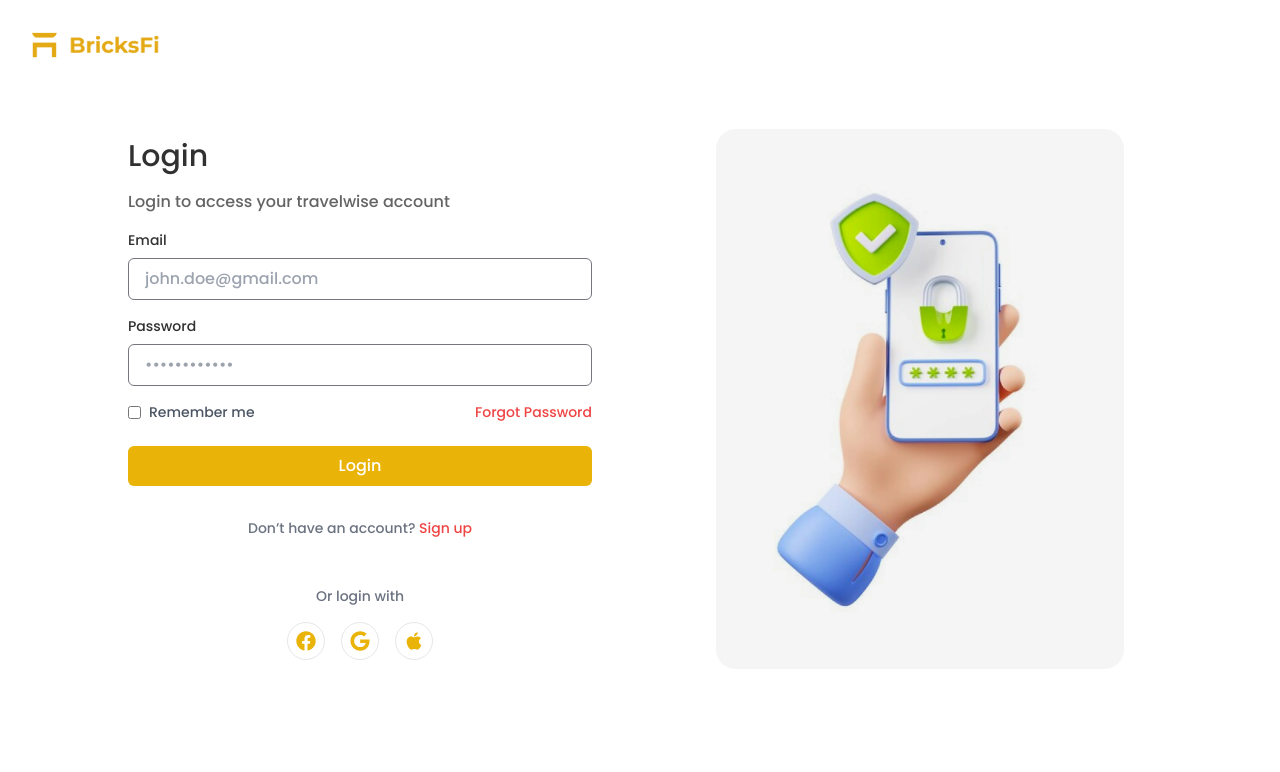
Repository: AyomideAkintade/BricksFi-Frontend
Page: /login (app in client/)
The author's editor kept a copy of each file at every save. The page is drawn from the files as they stood at one save, then again after the next save.
The browser window is 1280 px wide. The pictures show the whole page.
The project was rebuilt for these pictures with package versions that can differ from the ones it lists, and the page was loaded fresh each time. Also part of the build but not shown: client/src/components/navbar.jsx, client/src/components/home.jsx, client/src/components/homeSecond.jsx, client/src/components/homeThird.jsx, client/src/components/homeFifth.jsx, client/src/components/homeSixth.jsx, client/src/components/homeSeventh.jsx, client/src/components/signup.jsx and 14 more.

Above is the page before, as saved 2024-10-04 22:01:58.

### client/src/index.css
@import "tailwindcss/base";
@import "tailwindcss/components";
@import "tailwindcss/utilities";


@font-face {
  font-family: Poppins;
  src: url(/src/assets/fonts/Poppins-Regular.ttf) format("truetype");
  src: url(/src/assets/fonts/Poppins-Bold.ttf) format("truetype");
  src: url(/src/assets/fonts/Poppins-Medium.ttf) format("truetype");

}

### client/src/App.js
import { BrowserRouter as Router, Route, Routes } from "react-router-dom";
import Home from "./pages/homePage";
import HomeFourth from "./components/login.jsx";
import HomeEight from "./components/signup.jsx";
import ForgotPasswordPage from "./components/forgotPassword.jsx";
import DashboardLayout from "./pages/dashboardLayout";
import DashboardPage from "./pages/dashboard.jsx";
import PieAnalytics from "./components/analytics.jsx";
import Discover from "./components/discover.jsx";
import SavedPropertyPage from "./components/savedProperties.jsx";
// import DiscoverPage from "./pages/discover.jsx";
// import SavedPropertyPage from "./pages/savedProperty.jsx";

function App() {
  return (
    <Router>
      <Routes>
        {/* Public Routes */}
        <Route path="/" element={<Home />} />
        <Route path="/login" element={<HomeFourth />} />
        <Route path="/signup" element={<HomeEight />} />
        <Route path="/forgot-password" element={<ForgotPasswordPage />} />

        {/* Dashboard Routes with Sidebar and Header */}
        <Route path="/dashboard" element={<DashboardLayout />}>
          <Route index element={<DashboardPage />} />
          <Route path="discover" element={<Discover/>} />
          <Route path="saved-property" element={<SavedPropertyPage/>} />
          <Route path="analytics" element={<PieAnalytics />} />
        </Route>
      </Routes>
    </Router>
  );
}

export default App;

### client/src/components/login.jsx
import React from "react";
import { FaFacebook, FaGoogle, FaApple } from "react-icons/fa";
import BricksFi from '../assets/bricksfi.png'
import LoginImage from './../assets/login-image.webp';
import { useNavigate } from "react-router-dom";

const LoginPage = () => {
  const navigate = useNavigate(); // Initialize the useNavigate hook

  const handleSignUpClick = () => {
    navigate("/signup");
  };
  const handleLoginClick = () => {
    navigate("/dashboard");
  };
  const forgotPassword = () => {
    navigate("/forgot-password");
  };
  return (
    <div className="min-h-screen bg-white font-Poppins">
      <div className="bg-white rounded-lg w-full flex md:flex-row">
        {/* Left side: Form section */}
        <div className="w-full p-8">
          <div className="">
            <img
              src={ BricksFi}
              alt="BricksFi Logo"
              className="w-32 mr-2"
            />
            {/* <h1 className="text-2xl font-bold text-yellow-500">BricksFi</h1> */}
          </div>

          <div className="flex p-12 w-full items-center">

          <div className="w-1/2 px-12 py-8 flex flex-col gap-4 text-[#313131]">
            <div className="text-3xl font-regular">Login</div>
            <div className="text-[#313131] text-base opacity-75">Login to access your travelwise account</div>

            <form>
              <div className="mb-4">
                <label className="block text-sm font-medium mb-2">Email</label>
                <input
                  type="email"
                  placeholder="john.doe@gmail.com"
                  className="w-full px-4 py-2 border-[1px] rounded-md outline-none border-[#79747E]"
                />
              </div>
              <div className="mb-4">
                <label className="block text-sm mb-2">Password</label>
                <input
                  type="password"
                  placeholder="••••••••••••"
                  className="w-full px-4 py-2 border-[1px] rounded-md outline-none border-[#79747E]"
                />
              </div>

              <div className="flex items-center justify-between mb-6">
                <label className="flex items-center">
                  <input
                    type="checkbox"
                    className="form-checkbox text-yellow-500"
                  />
                  <span className="ml-2 text-sm text-gray-600">Remember me</span>
                </label>
                <a onClick={forgotPassword} href="#" className="text-sm text-red-500 hover:underline">
                  Forgot Password
                </a>
              </div>

              <button  onClick={handleLoginClick} className="w-full bg-yellow-500 text-white py-2 rounded-md hover:bg-yellow-600 transition duration-200">
                Login
              </button>
            </form>


            <div className="mt-4 text-center">
              <p className="text-sm text-gray-500">
                Don’t have an account?{" "}
                <a onClick={handleSignUpClick} href="#" className="text-red-500 hover:underline">
                  Sign up
                </a>
              </p>
            </div>


            <div className="mt-8 text-center">
              <p className="text-sm text-gray-500 mb-4">Or login with</p>
              <div className="flex justify-center space-x-4">
                <button className="p-2 border rounded-full text-yellow-500 hover:bg-gray-100 transition duration-200">
                  <FaFacebook size={20} />
                </button>
                <button className="p-2 border rounded-full text-yellow-500 hover:bg-gray-100 transition duration-200">
                  <FaGoogle size={20} />
                </button>
                <button className="p-2 border rounded-full text-yellow-500 hover:bg-gray-100 transition duration-200">
                  <FaApple size={20} />
                </button>
              </div>
            </div>
          </div>

                  {/* Right side: Image section */}
          <div className="w-1/2 p-2 flex justify-center">
            <img
              src={LoginImage}
              alt="Secure Login Illustration"
              className="w-3/4"
            />
          </div>

          </div>

          </div>


      </div>
    </div>
  );
};

export default LoginPage;

### client/tailwind.config.js
/** @type {import('tailwindcss').Config} */
module.exports = {
  content: ["./src/**/*.{html,js,jsx}"],
  theme: {
    extend: {
      fontFamily: {
        Poppins: ['Poppins'],
      }
    },
    screens: {
      sm: '640px',
      // => @media (min-width: 640px) { ... }

      md: '768px',
      // => @media (min-width: 768px) { ... }

      lg: '1024px',
      // => @media (min-width: 1024px) { ... }

      xl: '1280px',
      // => @media (min-width: 1280px) { ... }

      '2xl': '1536px',
      // => @media (min-width: 1536px) { ... }
      'custombp': {'raw': '(min-height: 375px),(min-width:768px)'}
    },
  },
  plugins: [],
}

Loaded but not shown: client/public/index.html (common file); client/src/index.js (common file); client/src/reportWebVitals.js (common file)

After the next save:
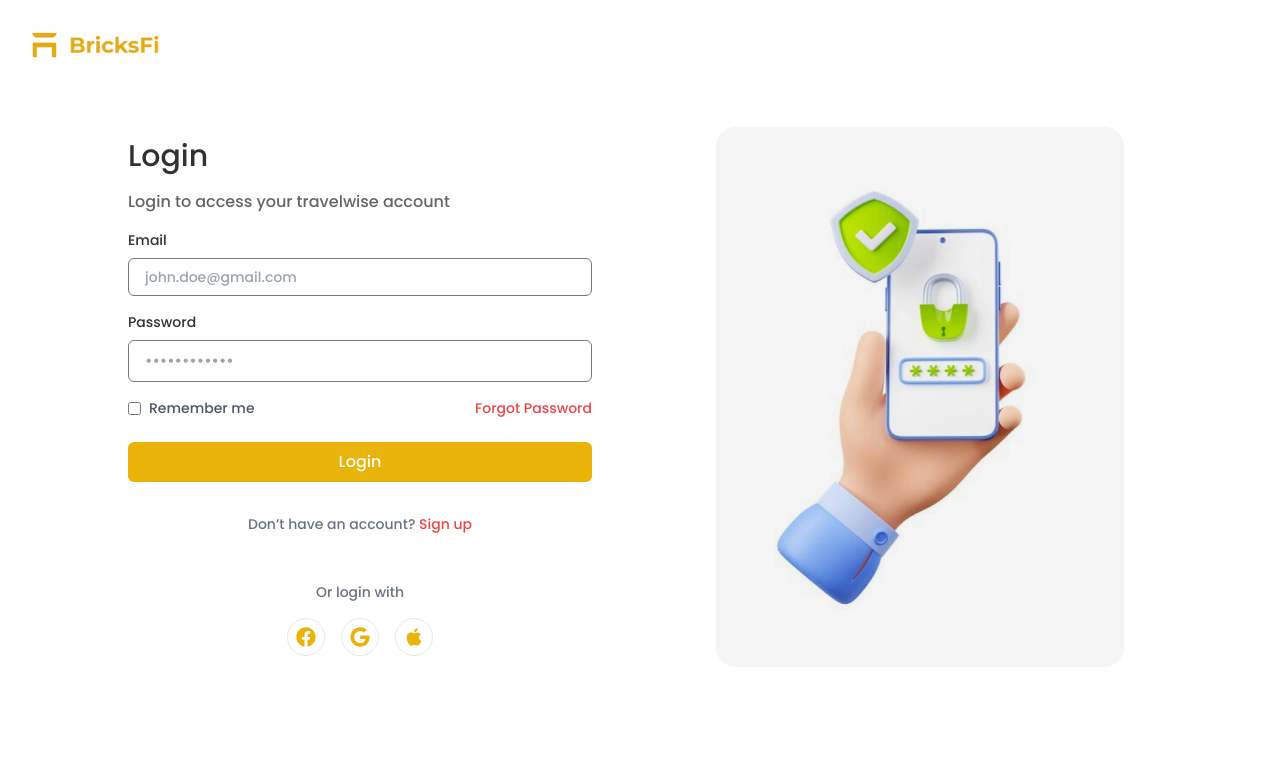
Saved 13 s later.
--- a/client/src/components/login.jsx
+++ b/client/src/components/login.jsx
@@ -42,7 +42,7 @@ const LoginPage = () => {
                 <input
                   type="email"
                   placeholder="john.doe@gmail.com"
-                  className="w-full px-4 py-2 border-[1px] rounded-md outline-none border-[#79747E]"
+                  className="w-full px-4 py-2 border-[1px] text-sm rounded-md outline-none border-[#79747E]"
                 />
               </div>
               <div className="mb-4">
